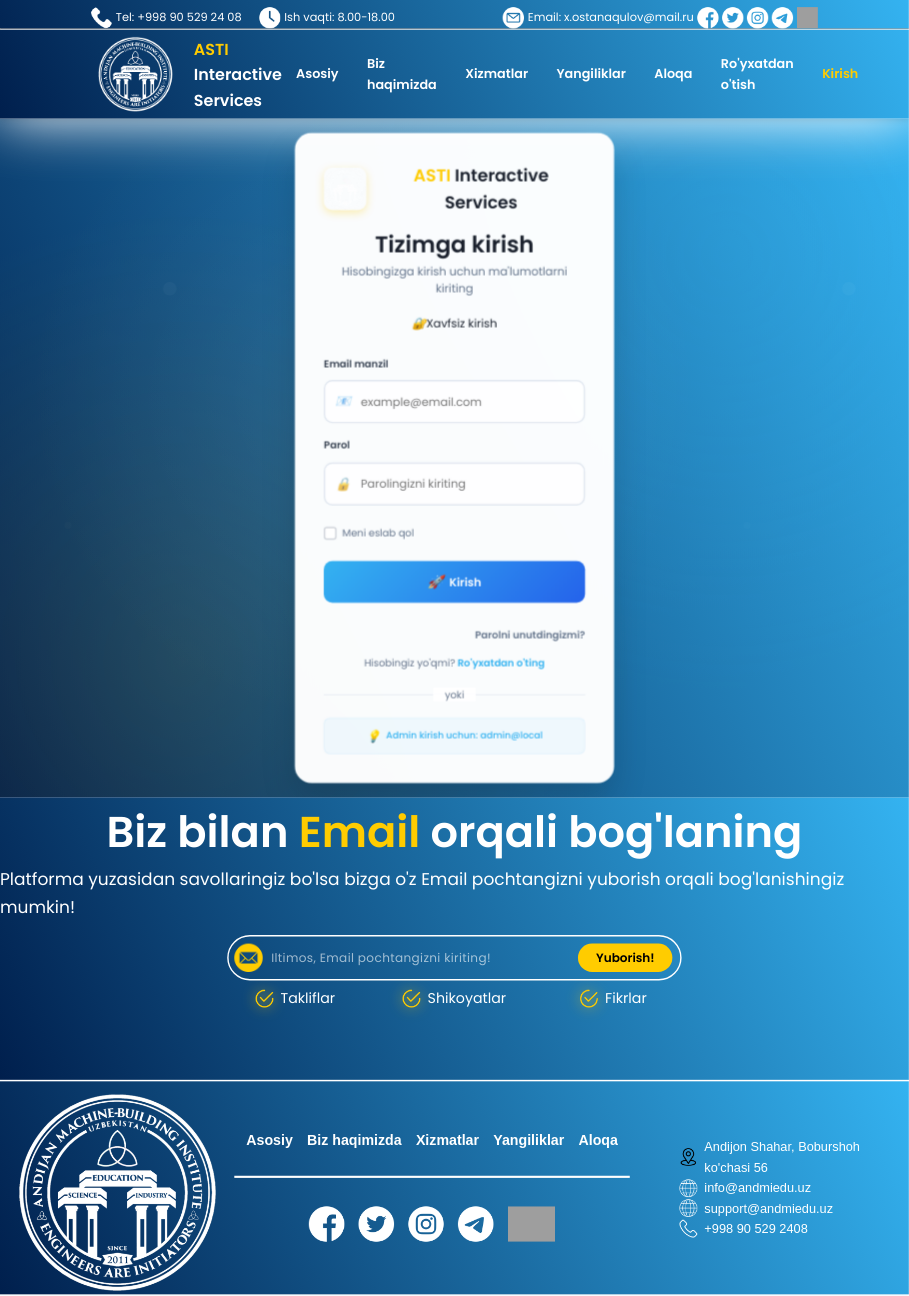
Repository: diyorbe-beep/University-Web-Site-in-React
Page: /login
These files come from the project's save history. The page is drawn as it stood at one moment and after the next save; the edit follows.
The browser window is 1280 px wide. The pictures show the whole page, at 71% of full size.
Pictures or frames that could not be fetched are drawn as grey boxes. The project was rebuilt for these pictures with package versions that can differ from the ones it lists, and the page was loaded fresh each time. Also part of the build but not shown: vite.config.js, src/Components/Hero/Hero.jsx, src/Pages/Home/Home.jsx, src/Components/Notifications/Notifications.css, src/Components/Notifications/Notifications.jsx, src/Components/Hero/HeroAbout.jsx, src/Pages/About/About.jsx, src/Components/Hero/HeroContact.jsx and 19 more.

Above is the page before, as saved 2025-09-25 17:29:04.

### index.html
<!DOCTYPE html>
<html lang="en">
<head>
    <meta charset="UTF-8">
    <meta name="viewport" content="width=device-width, initial-scale=1.0">
    <meta name="keywords" content="news, services, AndMI, Uzbekistan, best web sites, logo, university, institute, Andijan, Web site, Andijan, Andijon, Web site, Andijan Machine-Building Institute, Web design, Web development, Andijan University, Formal Web site, Business Web site, Andijan Web site">
    <meta name="description" content="Explore modern interactive services offered by Andijan Machine-Building Institute. Stay updated with the latest innovations and features of AndMI.">
    <meta http-equiv="X-UA-Compatible" content="IE=edge">
    <link rel="canonical" href="https://andmi.uz/interaktiv-xizmatlar">


    <link rel="icon" href="/Images/Logo_oq 2.png" alt="Andijan Machine-Building Institute Logo">


    <script type="application/ld+json">
    {
      "@context": "https://schema.org",
      "@type": "WebSite",
      "name": "Andijan Machine-Building Institute",
      "url": "https://andmi.uz",
      "potentialAction": {
        "@type": "SearchAction",
        "target": "https://andmi.uz/search?q={search_term_string}",
        "query-input": "required name=search_term_string"
      }
    }
    </script>


    <title>Interactive Services at Andijan Machine-Building Institute | AndMI</title>


    <link href="https://fonts.googleapis.com/css2?family=Poppins:wght@300;400;500;600&display=swap" rel="stylesheet">


    <meta http-equiv="Content-Type" content="text/html;charset=UTF-8">


    <meta property="og:title" content="Interactive Services at Andijan Machine-Building Institute">
    <meta property="og:description" content="Explore modern interactive services offered by Andijan Machine-Building Institute. Stay updated with the latest innovations and features of AndMI.">
    <meta property="og:image" content="https://andmi.uz/public/Images/Logo_oq 2.png">
    <meta property="og:url" content="https://andmi.uz/interaktiv-xizmatlar">
    <meta property="og:type" content="website">


    <meta name="twitter:card" content="summary_large_image">
    <meta name="twitter:title" content="Interactive Services at Andijan Machine-Building Institute">
    <meta name="twitter:description" content="Explore modern interactive services offered by Andijan Machine-Building Institute. Stay updated with the latest innovations and features of AndMI.">
    <meta name="twitter:image" content="https://andmi.uz/public/Images/Logo_oq 2.png">
    <meta name="twitter:site" content="@AndMI">

</head>
<body>
    <div id="root"></div>


    <script type="module" src="/src/main.jsx"></script>
</body>
</html>

### src/App.jsx
import { BrowserRouter as Router, Route, Routes } from 'react-router-dom';
import './App.css';
import Home from './Pages/Home/Home';
import Header from './Components/Header/Header';
import About from './Pages/About/About';
import Contact from './Pages/Contact/Contact';
import Services from './Pages/Services/Services';
import News from './Pages/News/News';
import Footer from './Components/Footer/Footer';
import BBB from './Components/BizBilanBog\'laning/BBB';
import GoogleMapComponent from './Components/GoogleMap/GoogleMap';
import Admin from './Pages/Admin';
import Register from './Pages/Register';
import Login from './Pages/Login';
import Profile from './Pages/Profile';

function App() {
  return (
    <Router>
      <div className="App">
        <Header />
        <Routes>
          <Route path="/" element={<Home />} />
          <Route path="/about" element={<About />} />
          <Route path="/services" element={<Services />} />
          <Route path="/news" element={<News />} />
          <Route path="/contact" element={<Contact />} />
          <Route path="/admin" element={<Admin />} />
          <Route path="/register" element={<Register />} />
          <Route path="/login" element={<Login />} />
          <Route path="/profile" element={<Profile />} />
        </Routes>
        <BBB />
        <Footer />
      </div>
    </Router>
  );
}

export default App;

### src/index.css
* {
  margin: 0;
  padding: 0;
  box-sizing: border-box;
}

body {
  font-family: 'Poppins', -apple-system, BlinkMacSystemFont, 'Segoe UI', 'Roboto', 'Oxygen',
    'Ubuntu', 'Cantarell', 'Fira Sans', 'Droid Sans', 'Helvetica Neue',
    sans-serif;
  -webkit-font-smoothing: antialiased;
  -moz-osx-font-smoothing: grayscale;
  background-color: #f8fafc;
  color: #1a202c;
  line-height: 1.6;
}

code {
  font-family: source-code-pro, Menlo, Monaco, Consolas, 'Courier New',
    monospace;
}

/* Smooth scrolling */
html {
  scroll-behavior: smooth;
}

/* Remove default button styles */
button {
  font-family: inherit;
}

/* Remove default input styles */
input, textarea {
  font-family: inherit;
}

/* Link styles */
a {
  color: inherit;
  text-decoration: none;
}

/* Focus styles for accessibility */
*:focus {
  outline: 2px solid #34b3f1;
  outline-offset: 2px;
}

/* Custom scrollbar */
::-webkit-scrollbar {
  width: 8px;
}

::-webkit-scrollbar-track {
  background: #f1f5f9;
}

::-webkit-scrollbar-thumb {
  background: #cbd5e1;
  border-radius: 4px;
}

::-webkit-scrollbar-thumb:hover {
  background: #94a3b8;
}

### src/App.css
#root {
  max-width: 100vw;
  margin: 0 auto;
}

### src/Components/Header/header.css
body {
    font-family: 'Poppins', sans-serif;
    margin: 0;
    padding: 0;
}

.container {
    width: 80%;
    margin: 0 auto;

}
header {
    background: linear-gradient(245deg, #34b3f1, #001f4d);
    color: white;
    box-shadow: 0 4px 8px rgba(0, 0, 0, 0.1);
    position: sticky;
    top: 0;
    z-index: 1000;
    filter: drop-shadow(0px 0px 40px white);

}
nav{
    display: flex;
    justify-content: space-between;
    align-items: center;

}
.logo{
    display: flex;
    justify-content: center;
    align-items: center;
    gap: 20px;
    font-size: 15px;
}

.logo .hiii{
    display: flex;
    align-items: center;
    padding: 10px;
}
.logo span{
    color: #ffcc00;
}
nav ul {
    list-style: none;
    display: flex;
    justify-content: center;
    margin: 0;
    padding: 0;
}

nav ul li {
    margin: 0 20px;
    font-size: 18px;
    display: flex;
    align-items: center;
}

nav ul li a {
    color: white;
    text-decoration: none;
    font-weight: bold;
    transition: color 0.3s;
}

nav ul li a:hover {
    color: #ffcc00;
}
nav ul li a:focus {
    color: #ffcc00;
}

.active_link a{
    color: #ffcc00;
}
hr{
    margin: 0;
}

.logout-btn {
	background: linear-gradient(90deg, #0ea5e9, #2563eb);
	color: #fff;
	border: none;
	padding: 8px 14px;
	border-radius: 8px;
	cursor: pointer;
}

.logout-btn:hover {
	opacity: 0.9;
}

### src/Components/TopFooter/TopHeader.jsx
import React from 'react'
import "./TopHeader.css"

function TopHeader() {
    return (
        <div className='BigContainer'>
            <div className='TopHeaderContainer'>
                <div className='left'>
                    <img src="/Images/Rasmlar/phone-call.png" alt="Phone icon" />
                    <p>Tel: +998 90 529 24 08</p>
                    <img src="/Images/Rasmlar/time.png" alt="Clock icon" />
                    <p>Ish vaqti: 8.00-18.00</p>
                </div>
                <div className='right'>
                    <img src="/Images/Rasmlar/EmailWhite2.png" alt="Email icon" />
                    <p>Email: x.ostanaqulov@mail.ru</p>
                    <a href="https://www.facebook.com/andmiedu?__tn__=-UC*F" target='_blank' rel="noopener noreferrer">
                        <img src="/Images/Rasmlar/FacebookWhite.png" alt="Facebook logo" />
                    </a>
                    <a href="" target='_blank' rel="noopener noreferrer">
                        <img src="/Images/Rasmlar/TwitterWhite.png" alt="Twitter logo" />
                    </a>
                    <a href="" target='_blank' rel="noopener noreferrer">
                        <img src="/Images/Rasmlar/InstagramWhite.png" alt="Instagram logo" />
                    </a>
                    <a href="https://t.me/Andmiedu1" target='_blank' rel="noopener noreferrer">
                        <img src="/Images/Rasmlar/TelegramWhite.png" alt="Telegram logo" />
                    </a>
                    <a href="https://www.youtube.com/@andmieduuz" target='_blank' rel="noopener noreferrer">
                        <img src="/Images/Rasmlar/YouTubeWhite.png" alt="YouTube logo" />
                    </a>
                </div>
            </div>
        </div>
    )
}

export default TopHeader

### src/Components/Footer/footer.css

.footer-container{
    width: 100%;
    height: 300px;
    background: linear-gradient(245deg, #34b3f1, #001f4d);
    display: flex;
    align-items: center;
    font-family: 'Poppins', sans-serif;
}
.footer-container .logo{
    width: 25%;
    height: 100%;
    display: flex;
    align-items: center;
    justify-content: center;
    padding-left: 20px;
}
.footer-container .logo img{
    width: 280px;
    height: auto;
    margin-top: 7%;
}
.footer-container .links{
    width: 45%;
    height: 100%;
    display: flex;
    flex-direction: column;
    justify-content: center;
    align-items: center;
}
.footer-container .links .top{
    display: flex;
    justify-content: center;
    align-items: center;
    border-bottom: 3px solid white;

    width: 100%;
}
.top ul li{
    list-style: none;

}
.top ul li a{
    text-decoration: none;
    color: white;
    font-size: 20px;
    font-family: sans-serif;

    transition: .3s;
}
.top ul li a:hover{
    color: #ffcc00;
}
.footer-container{
    display: flex;
    justify-content: center;
    align-items: center;
    padding-left: 0;
    gap: 20px;

}
.footer-container .links .bottom{
    margin-top: 30px;
    gap: 20px;
    display: flex;
    justify-content: center;
    align-items: center;
}
.bottom img{
    width: auto;
    height: 50px;
    transform: scale(1);
    transition: .2s;
}
.bottom img:hover{
    transform: scale(1.1);
    filter: drop-shadow(0px 0px 15px white);
}


.contactInfos{
    width: 30%;
    height: 100%;
    display: flex;
    justify-content: center;
    flex-direction: column;
    padding-left: 50px;
}
.contactInfos img{
    width: 25px;
    height: auto;
}
.rows{
    display: flex;
    justify-content: start;
    align-items: center;
    gap: 10px;
    font-size: 18px;
    font-family: sans-serif;
    color: white;
}

### src/Pages/Auth.css
/* Auth Wrapper */
.auth-wrapper {
  min-height: 100vh;
  display: flex;
  align-items: center;
  justify-content: center;
  padding: 20px;
  background: linear-gradient(245deg, #34b3f1, #001f4d);
  position: relative;
  overflow: hidden;
}

.auth-wrapper::before {
  content: '';
  position: absolute;
  top: 0;
  left: 0;
  right: 0;
  bottom: 0;
  background: url('data:[embedded picture, 547 characters]');
  opacity: 0.3;
}

/* Auth Card */
.auth-card {
  width: 100%;
  max-width: 450px;
  background: rgba(255, 255, 255, 0.95);
  backdrop-filter: blur(20px);
  border: 1px solid rgba(255, 255, 255, 0.2);
  box-shadow:
    0 25px 50px rgba(0, 0, 0, 0.15),
    0 0 0 1px rgba(255, 255, 255, 0.1);
  border-radius: 24px;
  padding: 40px;
  position: relative;
  z-index: 1;
  animation: slideUp 0.6s ease-out;
}

@keyframes slideUp {
  from {
    opacity: 0;
    transform: translateY(30px);
  }
  to {
    opacity: 1;
    transform: translateY(0);
  }
}

.login-card {
  background: rgba(255, 255, 255, 0.98);
}

/* Auth Header */
.auth-header {
  text-align: center;
  margin-bottom: 32px;
}

.auth-logo {
  display: flex;
  align-items: center;
  justify-content: center;
  gap: 15px;
  margin-bottom: 20px;
}

.auth-logo-img {
  width: 60px;
  height: 60px;
  border-radius: 12px;
  box-shadow: 0 4px 12px rgba(255, 204, 0, 0.3);
}

.auth-logo h1 {
  font-size: 24px;
  margin: 0;
  color: #1a202c;
  font-weight: 700;
}

.auth-logo span {
  color: #ffcc00;
}

.auth-title {
  margin: 0 0 8px 0;
  font-size: 32px;
  font-weight: 700;
  color: #1a202c;
  line-height: 1.2;
}

.auth-subtitle {
  margin: 0 0 24px 0;
  color: #64748b;
  font-size: 16px;
  line-height: 1.5;
}

/* Form Styles */
.auth-form {
  display: flex;
  flex-direction: column;
  gap: 20px;
}

.input-group {
  display: flex;
  flex-direction: column;
  gap: 8px;
}

.input-label {
  font-size: 14px;
  font-weight: 600;
  color: #374151;
  margin-bottom: 4px;
}

.input-wrapper {
  position: relative;
  display: flex;
  align-items: center;
}

.input-icon {
  position: absolute;
  left: 16px;
  font-size: 18px;
  z-index: 2;
  opacity: 0.7;
}

.auth-input {
  width: 100%;
  padding: 16px 16px 16px 50px;
  border: 2px solid #e2e8f0;
  border-radius: 12px;
  font-size: 16px;
  outline: none;
  transition: all 0.3s ease;
  background: rgba(255, 255, 255, 0.8);
  box-sizing: border-box;
}

.auth-input:focus {
  border-color: #34b3f1;
  box-shadow: 0 0 0 3px rgba(52, 179, 241, 0.1);
  background: rgba(255, 255, 255, 1);
}

.auth-input:disabled {
  opacity: 0.6;
  cursor: not-allowed;
}

.password-toggle {
  position: absolute;
  right: 16px;
  background: none;
  border: none;
  font-size: 18px;
  cursor: pointer;
  padding: 4px;
  border-radius: 4px;
  transition: background-color 0.2s;
}

.password-toggle:hover {
  background-color: rgba(0, 0, 0, 0.05);
}

/* Button Styles */
.auth-button {
  display: flex;
  align-items: center;
  justify-content: center;
  gap: 8px;
  padding: 16px 24px;
  background: linear-gradient(135deg, #34b3f1 0%, #2563eb 100%);
  color: white;
  border: none;
  border-radius: 12px;
  font-size: 16px;
  font-weight: 600;
  cursor: pointer;
  transition: all 0.3s ease;
  position: relative;
  overflow: hidden;
}

.auth-button:hover {
  transform: translateY(-2px);
  box-shadow: 0 10px 25px rgba(52, 179, 241, 0.3);
}

.auth-button:active {
  transform: translateY(0);
}

.auth-button.loading {
  cursor: not-allowed;
  opacity: 0.8;
}

.button-icon {
  font-size: 18px;
}

.spinner {
  width: 18px;
  height: 18px;
  border: 2px solid rgba(255, 255, 255, 0.3);
  border-top: 2px solid white;
  border-radius: 50%;
  animation: spin 1s linear infinite;
}

@keyframes spin {
  0% { transform: rotate(0deg); }
  100% { transform: rotate(360deg); }
}

/* Messages */
.auth-msg {
  display: flex;
  align-items: center;
  gap: 8px;
  padding: 12px 16px;
  border-radius: 12px;
  font-size: 14px;
  font-weight: 500;
  margin-bottom: 16px;
  animation: fadeIn 0.3s ease;
}

@keyframes fadeIn {
  from { opacity: 0; transform: translateY(-10px); }
  to { opacity: 1; transform: translateY(0); }
}

.auth-msg.error {
  background: rgba(239, 68, 68, 0.1);
  color: #dc2626;
  border: 1px solid rgba(239, 68, 68, 0.2);
}

.auth-msg.success {
  background: rgba(34, 197, 94, 0.1);
  color: #059669;
  border: 1px solid rgba(34, 197, 94, 0.2);
}

.error-icon, .success-icon {
  font-size: 16px;
}

/* Footer */
.auth-footer {
  margin-top: 32px;
  text-align: center;
}

.auth-text {
  margin: 0 0 16px 0;
  color: #64748b;
  font-size: 14px;
}

.auth-link {
  color: #34b3f1;
  text-decoration: none;
  font-weight: 600;
  transition: color 0.2s;
}

.auth-link:hover {
  color: #2563eb;
  text-decoration: underline;
}

.auth-divider {
  position: relative;
  margin: 20px 0;
  text-align: center;
}

.auth-divider::before {
  content: '';
  position: absolute;
  top: 50%;
  left: 0;
  right: 0;
  height: 1px;
  background: #e2e8f0;
}

.auth-divider span {
  background: rgba(255, 255, 255, 0.95);
  padding: 0 16px;
  color: #64748b;
  font-size: 14px;
  position: relative;
}

.admin-hint {
  display: flex;
  align-items: center;
  justify-content: center;
  gap: 8px;
  margin: 16px 0 0 0;
  padding: 12px 16px;
  background: rgba(52, 179, 241, 0.05);
  border: 1px solid rgba(52, 179, 241, 0.1);
  border-radius: 8px;
  color: #34b3f1;
  font-size: 13px;
  font-weight: 500;
}

.admin-hint i {
  font-size: 16px;
}

/* Responsive */
@media (max-width: 480px) {
  .auth-wrapper {
    padding: 16px;
  }

  .auth-card {
    padding: 24px;
  }

  .auth-title {
    font-size: 28px;
  }

  .auth-logo h1 {
    font-size: 20px;
  }

  .auth-logo-img {
    width: 50px;
    height: 50px;
  }
}/*
 Register specific styles */
.register-card {
  background: rgba(255, 255, 255, 0.98);
}

.register-button {
  background: linear-gradient(135deg, #10b981 0%, #059669 100%);
}

.register-button:hover {
  box-shadow: 0 10px 25px rgba(16, 185, 129, 0.3);
}

/* Additional animations */
.auth-input:focus + .input-icon {
  color: #34b3f1;
  transform: scale(1.1);
}

.input-wrapper:focus-within .input-icon {
  color: #34b3f1;
  transform: scale(1.1);
  transition: all 0.3s ease;
}

/* Hover effects */
.auth-card:hover {
  transform: translateY(-2px);
  box-shadow:
    0 30px 60px rgba(0, 0, 0, 0.2),
    0 0 0 1px rgba(255, 255, 255, 0.1);
  transition: all 0.3s ease;
}

/* Loading state for inputs */
.auth-input:disabled {
  background: rgba(248, 250, 252, 0.8);
  color: #64748b;
}

/* Better focus states */
.auth-input:focus {
  transform: translateY(-1px);
}

/* Improved button states */
.auth-button:disabled {
  cursor: not-allowed;
  transform: none;
}

.auth-button:disabled:hover {
  transform: none;
  box-shadow: none;
}/*
Advanced animations and effects */
@keyframes float {
  0%, 100% { transform: translateY(0px); }
  50% { transform: translateY(-10px); }
}

.auth-logo-img {
  animation: float 3s ease-in-out infinite;
}

/* Particle effect background */
.auth-wrapper::after {
  content: '';
  position: absolute;
  top: 0;
  left: 0;
  right: 0;
  bottom: 0;
  background-image:
    radial-gradient(circle at 20% 80%, rgba(255, 204, 0, 0.1) 0%, transparent 50%),
    radial-gradient(circle at 80% 20%, rgba(52, 179, 241, 0.1) 0%, transparent 50%),
    radial-gradient(circle at 40% 40%, rgba(255, 255, 255, 0.05) 0%, transparent 50%);
  pointer-events: none;
}

/* Input focus glow effect */
.auth-input:focus {
  box-shadow:
    0 0 0 3px rgba(52, 179, 241, 0.1),
    0 0 20px rgba(52, 179, 241, 0.1),
    inset 0 1px 0 rgba(255, 255, 255, 0.1);
}

/* Button press effect */
.auth-button:active {
  transform: translateY(1px) scale(0.98);
}

/* Success animation */
@keyframes successPulse {
  0% { transform: scale(1); }
  50% { transform: scale(1.05); }
  100% { transform: scale(1); }
}

.auth-msg.success {
  animation: successPulse 0.6s ease-out;
}

/* Error shake animation */
@keyframes errorShake {
  0%, 100% { transform: translateX(0); }
  25% { transform: translateX(-5px); }
  75% { transform: translateX(5px); }
}

.auth-msg.error {
  animation: errorShake 0.5s ease-out;
}

/* Loading button pulse */
@keyframes buttonPulse {
  0%, 100% { opacity: 1; }
  50% { opacity: 0.7; }
}

.auth-button.loading {
  animation: buttonPulse 1.5s ease-in-out infinite;
}

/* Improved mobile responsiveness */
@media (max-width: 640px) {
  .auth-wrapper {
    padding: 12px;
    align-items: flex-start;
    padding-top: 40px;
  }

  .auth-card {
    padding: 20px;
    border-radius: 16px;
  }

  .auth-title {
    font-size: 24px;
  }

  .auth-input {
    padding: 14px 14px 14px 45px;
    font-size: 16px; /* Prevents zoom on iOS */
  }

  .input-icon {
    left: 14px;
    font-size: 16px;
  }

  .auth-button {
    padding: 14px 20px;
    font-size: 16px;
  }
}

/* Dark mode support (optional) */
@media (prefers-color-scheme: dark) {
  .auth-card {
    background: rgba(30, 41, 59, 0.95);
    color: #f1f5f9;
  }

  .auth-title {
    color: #f1f5f9;
  }

  .auth-subtitle {
    color: #94a3b8;
  }

  .input-label {
    color: #cbd5e1;
  }

  .auth-input {
    background: rgba(51, 65, 85, 0.8);
    border-color: #475569;
    color: #f1f5f9;
  }

  .auth-input:focus {
    background: rgba(51, 65, 85, 1);
    border-color: #34b3f1;
  }

  .auth-text {
    color: #94a3b8;
  }
}/* Forg
ot password link */
.forgot-password {
  text-align: right;
  margin-bottom: 16px;
}

.forgot-link {
  font-size: 14px;
  color: #64748b;
  transition: color 0.2s;
}

.forgot-link:hover {
  color: #34b3f1;
}/*
Custom checkbox */
.checkbox-group {
  margin: 8px 0;
}

.checkbox-label {
  display: flex;
  align-items: center;
  gap: 8px;
  cursor: pointer;
  font-size: 14px;
  color: #64748b;
  user-select: none;
}

.checkbox-input {
  display: none;
}

.checkbox-custom {
  width: 18px;
  height: 18px;
  border: 2px solid #d1d5db;
  border-radius: 4px;
  position: relative;
  transition: all 0.2s ease;
  background: white;
}

.checkbox-input:checked + .checkbox-custom {
  background: #34b3f1;
  border-color: #34b3f1;
}

.checkbox-input:checked + .checkbox-custom::after {
  content: '✓';
  position: absolute;
  top: 50%;
  left: 50%;
  transform: translate(-50%, -50%);
  color: white;
  font-size: 12px;
  font-weight: bold;
}

.checkbox-label:hover .checkbox-custom {
  border-color: #34b3f1;
}

### src/Components/TopFooter/TopHeader.css
.BigContainer{
    width: 100%;
    height: 40px;
    display: flex;
    justify-content: center;
    padding: 5px 0px;
}
.TopHeaderContainer{
    width: 80%;
    height: 40px;
    display: flex;
    justify-content: space-between;
    align-items: center;
    position: fixed;

}
.TopHeaderContainer .left{
    width: 50%;
    height: 40px;
    display: flex;
    align-items: center;
    gap: 5px;
}
.TopHeaderContainer .left img{
    width: 30px;
    height: 30px;
}
.TopHeaderContainer .left p{
    color: white;
    margin-right: 20px;
}
.TopHeaderContainer .right{
    width: 50%;
    height: 40px;
    display: flex;
    align-items: center;
    gap: 5px;
    justify-content: end;
}
.TopHeaderContainer .right a{
    display: flex;
    align-items: center;
}
.TopHeaderContainer .right a:hover{
    transform: perspective();
}
.TopHeaderContainer .right img{
    width: 30px;
    height: 30px;
}
.TopHeaderContainer .right p{
    color: white;
}

Loaded but not shown: src/main.jsx (common file); src/lib/api.js (33 lines, source omitted); src/config.js (1 lines, source omitted); src/Pages/Home/Home.css (542 lines, source omitted); src/Pages/Login.jsx (173 lines, source omitted); src/Components/Hero/hero.css (323 lines, source omitted); src/Components/Header/Header.jsx (176 lines, source omitted); src/Components/Footer/Footer.jsx (67 lines, source omitted); src/Components/BizBilanBog'laning/BBB.css (124 lines, source omitted); src/Components/BizBilanBog'laning/BBB.jsx (69 lines, source omitted); src/Pages/Admin.css (74 lines, source omitted)

After the next save:
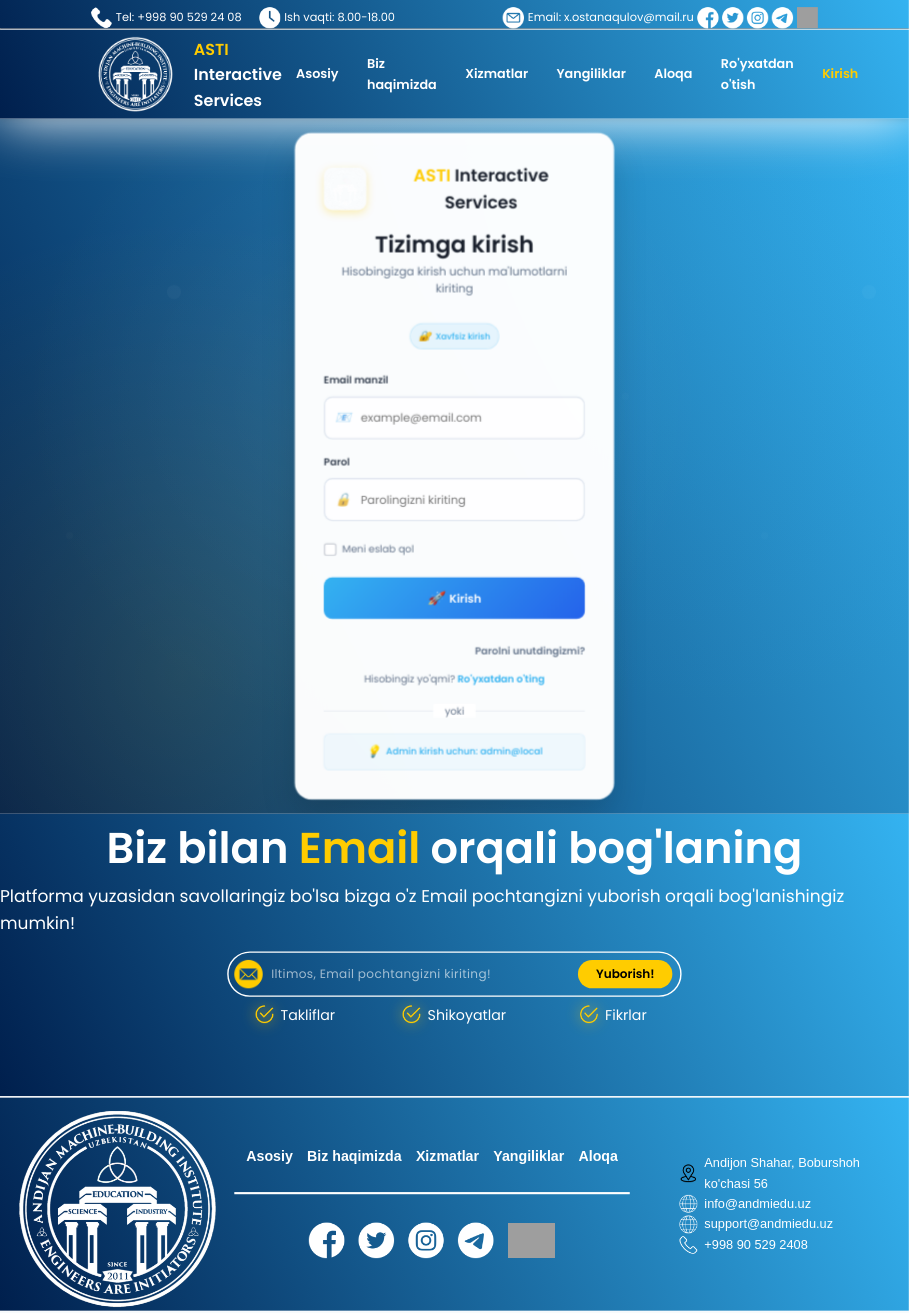
Saved 13 s later.
--- a/src/Pages/Auth.css
+++ b/src/Pages/Auth.css
@@ -602,4 +602,22 @@
 
 .checkbox-label:hover .checkbox-custom {
   border-color: #34b3f1;
-}
+}/* S
+ecurity badge */
+.security-badge {
+  display: inline-flex;
+  align-items: center;
+  gap: 6px;
+  padding: 6px 12px;
+  background: rgba(52, 179, 241, 0.1);
+  border: 1px solid rgba(52, 179, 241, 0.2);
+  border-radius: 20px;
+  font-size: 12px;
+  color: #34b3f1;
+  font-weight: 500;
+  margin-top: 12px;
+}
+
+.security-badge i {
+  font-size: 14px;
+}
